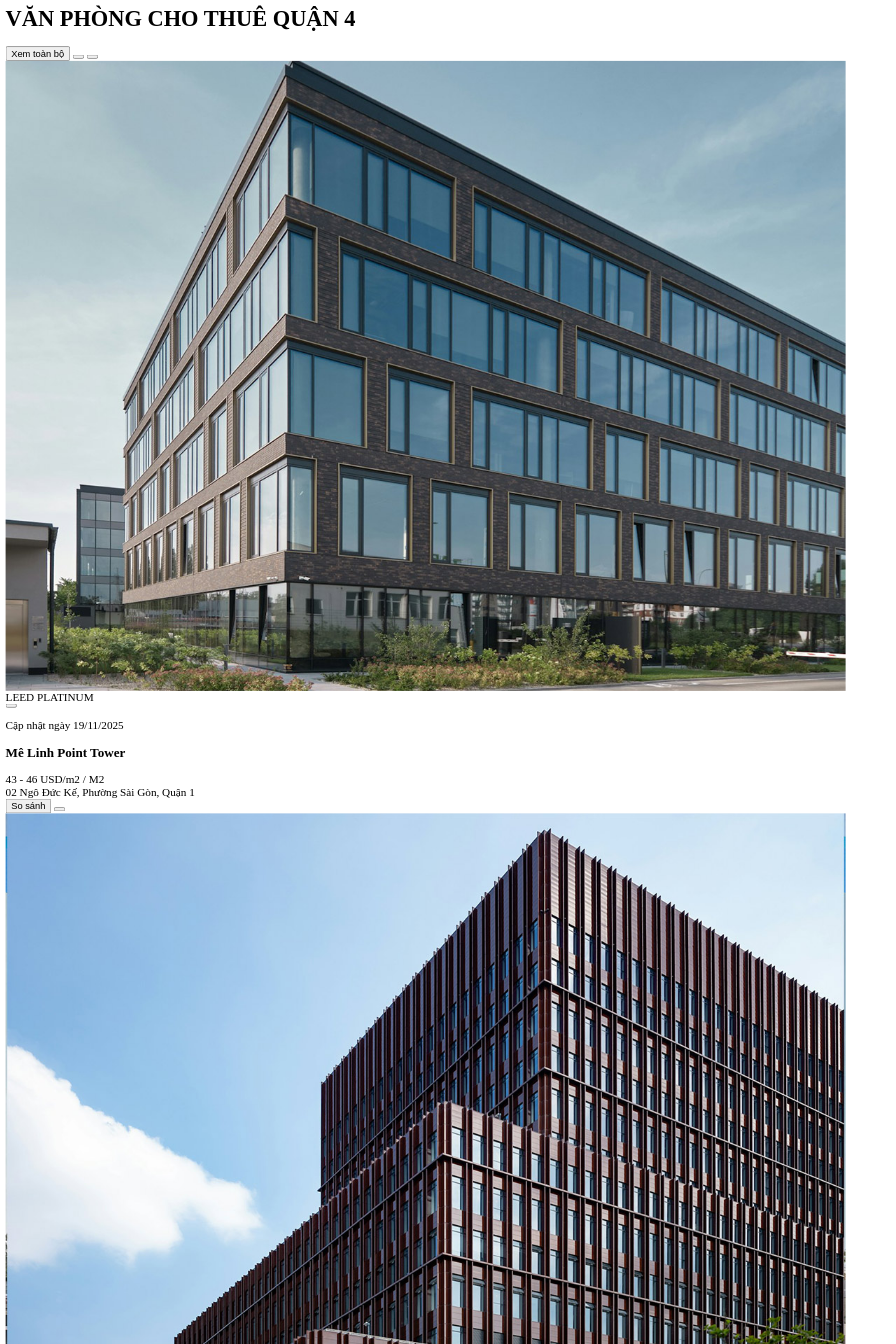
Repository: HuyTranTuan/anphuholdings
Page: partials/office-rental/office-rental-ward-4.html
These files come from the project's save history. The page is drawn as it stood at one moment and after the next save; the edit follows.
The browser window is 1280 px wide. The pictures show the part of the page from y = 0 to 1920 px (the page is 4393 px tall before and 4372 px after), at 70% of full size.

Above is the page before, as saved 2025-12-22 14:08:09.

### partials/office-rental/office-rental-ward-4.html
<div class="mx-auto ">
    <div class="mb-8 flex items-center justify-between">
        <h1 data-aos="fade" data-aos-duration="1000" data-aos-easing="ease-in-out" class="text-3xl font-bold text-navy">
            VĂN PHÒNG CHO THUÊ QUẬN 4
        </h1>
        <div class="flex gap-3">
            <button class="rounded-lg bg-navy px-5 py-2 text-white transition hover:bg-navy-light">
                Xem toàn bộ
            </button>
            <button class="rounded-lg border border-gray-300 p-2 transition hover:bg-gold/10">
                <i class="fas fa-chevron-left text-navy"></i>
            </button>
            <button class="rounded-lg border border-gray-300 p-2 transition hover:bg-gold/10">
                <i class="fas fa-chevron-right text-navy"></i>
            </button>
        </div>
        <div data-include="./partials/office-rental/view-full-details.html"></div>
    </div>

    <div data-aos="fade-left" data-aos-duration="1000" data-aos-easing="ease-in-out" data-aos-offset="150"
        class="swiper-wrapper grid grid-cols-1 gap-6 md:grid-cols-2 lg:grid-cols-4">
        <!-- Card 1 -->
        <div class="swiper-slide overflow-hidden rounded-2xl bg-white shadow-md transition hover:shadow-lg">
            <div class="swiper-sliderelative">
                <div class="flex h-48 items-center justify-center bg-slate-200">
                    <img src="assets/images/detail/detail-40.jpg" alt="" class="block w-full h-full object-cover">
                </div>
                <div class="absolute left-3 top-2 rounded bg-gold px-2 py-1 text-xs font-semibold text-white">
                    LEED PLATINUM
                </div>
                <button class="absolute right-3 top-3 rounded-lg bg-white p-2 shadow transition hover:bg-gray-50">
                    <i class="far fa-heart text-gold"></i>
                </button>
            </div>

            <div class="p-4">
                <p class="mb-1 text-sm text-gray-500">
                    Cập nhật ngày 19/11/2025
                </p>
                <h3 class="mb-3 text-lg font-semibold text-navy">
                    Mê Linh Point Tower
                </h3>

                <div class="mb-2 flex items-center gap-2">
                    <i class="fas fa-tag text-sm text-navy"></i>
                    <span class="font-semibold text-gold">43 - 46 USD/m2</span>
                    <span class="text-gray-600">/ M2</span>
                </div>

                <div class="mb-4 flex items-start gap-2 text-sm text-gray-600">
                    <i class="fas fa-map-marker-alt mt-1 text-navy"></i>
                    <span>02 Ngô Đức Kế, Phường Sài Gòn, Quận 1</span>
                </div>

                <div class="flex items-center justify-between">
                    <button
                        class="rounded-xl border border-navy px-4 py-2 text-sm text-navy transition hover:bg-navy hover:text-white">
                        So sánh
                    </button>
                    <button class="rounded-xl border border-gray-300 p-2 transition hover:bg-gold/10">
                        <i class="far fa-clone text-navy"></i>
                    </button>
                </div>
            </div>
        </div>

        <!-- Card 2 -->
        <div class="swiper-slide overflow-hidden rounded-2xl bg-white shadow-md transition hover:shadow-lg">
            <div class="relative">
                <div class="flex h-48 items-center justify-center bg-slate-200">
                    <img src="assets/images/detail/detail-41.jpg" alt="" class="block w-full h-full object-cover">
                </div>
                <div class="absolute left-3 top-3 rounded bg-gold px-2 py-1 text-xs font-semibold text-white">
                    LEED PLATINUM
                </div>
                <button class="absolute right-3 top-3 rounded-lg bg-white p-2 shadow transition hover:bg-gray-50">
                    <i class="far fa-heart text-gold"></i>
                </button>
            </div>

            <div class="p-4">
                <p class="mb-1 text-sm text-gray-500">
                    Cập nhật ngày 19/11/2025
                </p>
                <h3 class="mb-3 text-lg font-semibold text-navy">
                    Vietcombank Tower
                </h3>

                <div class="mb-2 flex items-center gap-2">
                    <i class="fas fa-tag text-sm text-navy"></i>
                    <span class="font-semibold text-gold">53 - 55 USD/m2</span>
                    <span class="text-gray-600">/ M2</span>
                </div>

                <div class="mb-4 flex items-start gap-2 text-sm text-gray-600">
                    <i class="fas fa-map-marker-alt mt-1 text-navy"></i>
                    <span>5 Công Trường Mê Linh, Quận 1</span>
                </div>

                <div class="flex items-center justify-between">
                    <button
                        class="rounded-xl border border-navy px-4 py-2 text-sm text-navy transition hover:bg-navy hover:text-white">
                        So sánh
                    </button>
                    <button class="rounded-xl border border-gray-300 p-2 transition hover:bg-gold/10">
                        <i class="far fa-clone text-navy"></i>
                    </button>
                </div>
            </div>
        </div>

        <!-- Card 3 -->
        <div class="swiper-slide overflow-hidden rounded-2xl bg-white shadow-md transition hover:shadow-lg">
            <div class="relative">
                <div class="flex h-48 items-center justify-center bg-slate-200">
                    <img src="assets/images/detail/detail-42.jpg" alt="" class="block w-full h-full object-cover">
                </div>
                <div class="absolute left-3 top-3 rounded bg-gold px-2 py-1 text-xs font-semibold text-white">
                    LEED PLATINUM
                </div>
                <button class="absolute right-3 top-3 rounded-lg bg-white p-2 shadow transition hover:bg-gray-50">
                    <i class="far fa-heart text-gold"></i>
                </button>
            </div>

            <div class="p-4">
                <p class="mb-1 text-sm text-gray-500">
                    Cập nhật ngày 21/11/2025
                </p>
                <h3 class="mb-3 text-lg font-semibold text-navy">
                    Sonatus Building
                </h3>

                <div class="mb-2 flex items-center gap-2">
                    <i class="fas fa-tag text-sm text-navy"></i>
                    <span class="font-semibold text-gold">43 - 45 USD/m2</span>
                    <span class="text-gray-600">/ M2</span>
                </div>

                <div class="mb-4 flex items-start gap-2 text-sm text-gray-600">
                    <i class="fas fa-map-marker-alt mt-1 text-navy"></i>
                    <span>15 Lê Thánh Tôn, Quận 1</span>
                </div>

                <div class="flex items-center justify-between">
                    <button
                        class="rounded-xl border border-navy px-4 py-2 text-sm text-navy transition hover:bg-navy hover:text-white">
                        So sánh
                    </button>
                    <button class="rounded-xl border border-gray-300 p-2 transition hover:bg-gold/10">
                        <i class="far fa-clone text-navy"></i>
                    </button>
                </div>
            </div>
        </div>

        <!-- Card 4 -->
        <div class="overflow-hidden rounded-2xl bg-white shadow-md transition hover:shadow-lg">
            <div class="relative">
                <div class="flex h-48 items-center justify-center bg-slate-200">
                    <img src="assets/images/detail/detail-43.jpg" alt="" class="block w-full h-full object-cover">
                </div>
                <div class="absolute left-3 top-3 rounded bg-gold px-2 py-1 text-xs font-semibold text-white">
                    LEED PLATINUM
                </div>
                <button class="absolute right-3 top-3 rounded-lg bg-white p-2 shadow transition hover:bg-gray-50">
                    <i class="far fa-heart text-gold"></i>
                </button>
            </div>

            <div class="p-4">
                <p class="mb-1 text-sm text-gray-500">
                    Cập nhật ngày 20/11/2025
                </p>
                <h3 class="mb-3 text-lg font-semibold text-navy">
                    VOV Building
                </h3>

                <div class="mb-2 flex items-center gap-2">
                    <i class="fas fa-tag text-sm text-navy"></i>
                    <span class="font-semibold text-gold">21 - 25 USD/m2</span>
                    <span class="text-gray-600">/ M2</span>
                </div>

                <div class="mb-4 flex items-start gap-2 text-sm text-gray-600">
                    <i class="fas fa-map-marker-alt mt-1 text-navy"></i>
                    <span>7 Nguyễn Thị Minh Khai, Quận 1</span>
                </div>

                <div class="flex items-center justify-between">
                    <button
                        class="rounded-xl border border-navy px-4 py-2 text-sm text-navy transition hover:bg-navy hover:text-white">
                        So sánh
                    </button>
                    <button class="rounded-xl border border-gray-300 p-2 transition hover:bg-gold/10">
                        <i class="far fa-clone text-navy"></i>
                    </button>
                </div>
            </div>
        </div>
    </div>
</div>

After the next save:
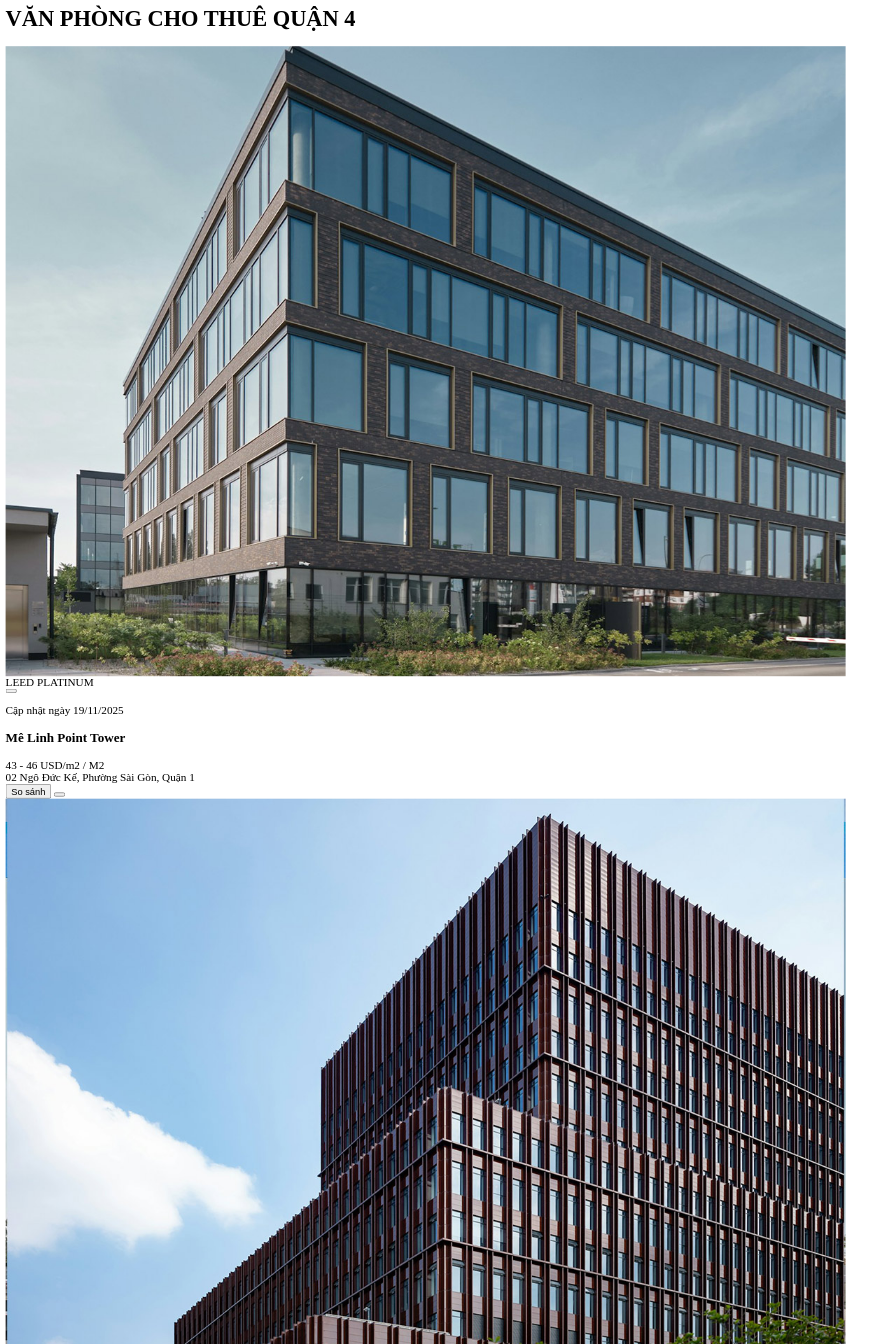
Saved 4 min 32 s later.
--- a/partials/office-rental/office-rental-ward-4.html
+++ b/partials/office-rental/office-rental-ward-4.html
@@ -3,7 +3,7 @@
         <h1 data-aos="fade" data-aos-duration="1000" data-aos-easing="ease-in-out" class="text-3xl font-bold text-navy">
             VĂN PHÒNG CHO THUÊ QUẬN 4
         </h1>
-        <div class="flex gap-3">
+        <!-- <div class="flex gap-3">
             <button class="rounded-lg bg-navy px-5 py-2 text-white transition hover:bg-navy-light">
                 Xem toàn bộ
             </button>
@@ -13,7 +13,7 @@
             <button class="rounded-lg border border-gray-300 p-2 transition hover:bg-gold/10">
                 <i class="fas fa-chevron-right text-navy"></i>
             </button>
-        </div>
+        </div> -->
         <div data-include="./partials/office-rental/view-full-details.html"></div>
     </div>
 
